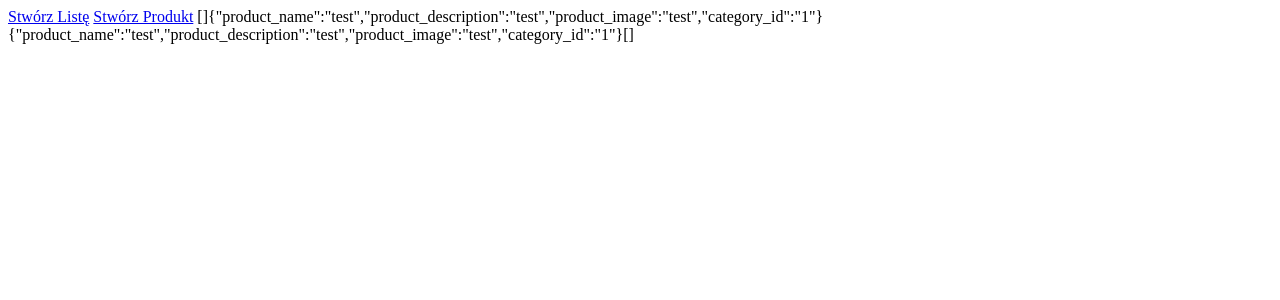
Repository: alphatra/Task-menager
Page: http://localhost/php/src/views/createProduct.php
An editor plug-in stored every save of this project. The page is shown before and after the next save, followed by the edit.
The browser window is 1280 px wide. The pictures show the whole page.
The page is run by PHP 8.4 with error messages shown; the project is at /var/www/html/. Queries for data that is not in the repository find no rows.

Above is the page before, as saved 2023-02-06 00:39:47.

### php/src/views/createProduct.php
<!DOCTYPE html>
<html lang="en">
<head>
    <meta charset="UTF-8">
    <meta http-equiv="X-UA-Compatible" content="IE=edge">
    <meta name="viewport" content="width=device-width, initial-scale=1.0">
    <title>Document</title>
</head>
<body>
    <a href="views/createList.php">Stwórz Listę</a>
    <a href="views/createProduct.php">Stwórz Produkt</a>
</body>
</html>
<?php
require_once('../model/CRUD.php');
require_once('../model/product_model.php');
$db = new db();
$produkt = new productModel("test", "test", "test", "1");
$produkt = $produkt->returnObject();
echo $produkt;

$parameters = $db->fetchData($produkt);
//echo $db->createProduct($parameters);
echo $db->searchData($tablename='products',$search="");
?>

### php/src/model/CRUD.php
<?php
class db{
    private $conn;
    public $servername;
    public $username;
    public $password;
    public $database;
    public $tablename;

    public function __construct($host="db", $database="mydb",
                                $username="root", $password="root"){
        $this->host = $host;
        $this->database = $database;
        $this->username = $username;
        $this->password = $password;

        try {
            // Tworzenie połączenia
            $this->conn = new mysqli($host, $username, $password, $database);
        } catch (Exception $e) {
            // Sprawdzanie połączenia
            die("Connection failed: " . mysqli_connect_error());

        }

        return $this->conn;
    }

    // Wyświetlanie list z bazy danych
    public function getData($tablename="list"){
        $this->tablename = $tablename;
        $query = "SELECT * FROM $this->tablename";
        $stmt = $this->conn->prepare($query);
        $stmt->execute();
        $result = $stmt->get_result();

        return json_encode($result->fetch_all(MYSQLI_ASSOC));
    }

    // Wyświetlanie list z bazy danych wraz z wyszukiwaniem
    public function searchData($tablename="list", $search=""){
        $this->tablename = $tablename;
        $this->search = $search;
        $query = "SELECT * FROM $this->tablename WHERE name LIKE '$this->search%'";
        $result = mysqli_query($this->conn, $query);
        $result = mysqli_fetch_all($result, MYSQLI_ASSOC);

        return json_encode($result);
    }
    /*
    public function searchData($tablename="", $search=""){
        $this->tablename = "list";
        $this->search = "{$search}%";
        $query = "SELECT * FROM $this->tablename WHERE name LIKE ?";
        $stmt = $this->conn->prepare($query);
        $stmt->bind_param("s",$search);
        $stmt->execute();
        $result = $stmt->get_result();

        return json_encode($result->fetch_all(MYSQLI_ASSOC));
    }
    */

    // Dodawanie produktów do bazy danych
    public function createProduct($Param){
        $product_name = $Param[0];
        $product_description = $Param[1];
        $product_image = $Param[2];
        $category_id = $Param[3];
        $query = "INSERT INTO products (product_name, product_description, product_image, category_id)
                    VALUES ('{$product_name}', '{$product_description}', '{$product_image}', '{$category_id}')";
        $result = mysqli_query($this->conn, $query);
    }
    public function fetchData($Data){
        $this->Data = $Data;
        $decoded_json = json_decode($Data, true);
        $product_name = $decoded_json['product_name'];
        $product_description = $decoded_json['product_description'];
        $product_image = $decoded_json['product_image'];
        $category_id = $decoded_json['category_id'];
        return [$product_name, $product_description, $product_image, $category_id];
    }
}
?>

### php/src/model/product_model.php
<?php
class productModel{
    public $product_name;
    public $product_description;
    public $product_image;
    public $category_id;

    public function __construct($product_name, $product_description, $product_image, $category_id) {
        $this->product_name = $product_name;
        $this->product_description = $product_description;
        $this->product_image = $product_image;
        $this->category_id = $category_id;
    }

    public function getName() {
        return $this->product_name;
    }

    public function getDescription() {
        return $this->product_description;
    }

    public function getImage() {
        return $this->product_image;
    }

    public function getCategory() {
        return $this->category_id;
    }

    public function test() {
        $product_name = $this->getName();
        $product_description = $this->getDescription();
        $product_image = $this->getImage();
        $category_id = $this->getCategory();
        return $product_name . $product_description . $product_image . $category_id;
    }

    public function returnObject() {
        return json_encode(get_object_vars($this));
    }
    /*
    {
        id_product: ,
        product_name: 'Product 1',
        product_description: 'Description of product 1',
        product_image: 'product1.jpg'
    }
    */

}

require_once('CRUD.php');
$db = new db();
if(isset($_POST['search'])){
    $search = $_POST['search'];
    echo $db->searchData(null,$search);
}
else{
    echo $db->getData();
}
$produkt = new productModel("test", "test", "test", "1");
$produkt = $produkt->returnObject();
echo $produkt;

$parameters = $db->fetchData($produkt);
//echo $parameters;
echo $db->createProduct($parameters);
?>

After the next save:
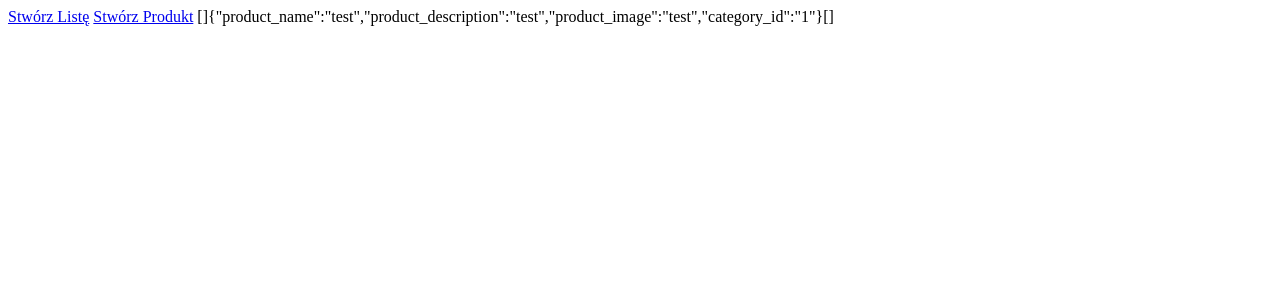
Saved 37 s later.
--- a/php/src/views/createProduct.php
+++ b/php/src/views/createProduct.php
@@ -17,7 +17,7 @@ require_once('../model/product_model.php');
 $db = new db();
 $produkt = new productModel("test", "test", "test", "1");
 $produkt = $produkt->returnObject();
-echo $produkt;
+//echo $produkt;
 
 $parameters = $db->fetchData($produkt);
 //echo $db->createProduct($parameters);
